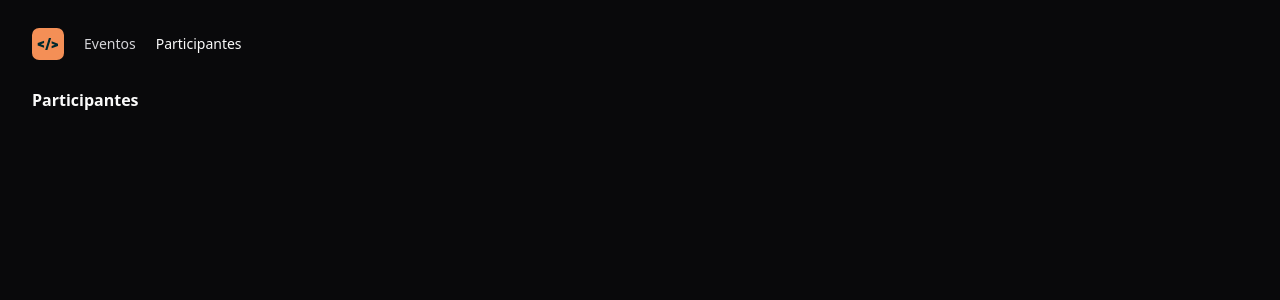
Repository: guilhermecardoso93/nlw-unite-react-2024
Page: /
An editor plug-in stored every save of this project. The page is shown before and after the next save, followed by the edit.
The browser window is 1280 px wide. The pictures show the whole page.
The project was rebuilt for these pictures with package versions that can differ from the ones it lists, and the page was loaded fresh each time. Also part of the build but not shown: vite.config.ts.

Above is the page before, as saved 2024-04-01 21:12:59.

After the next save:
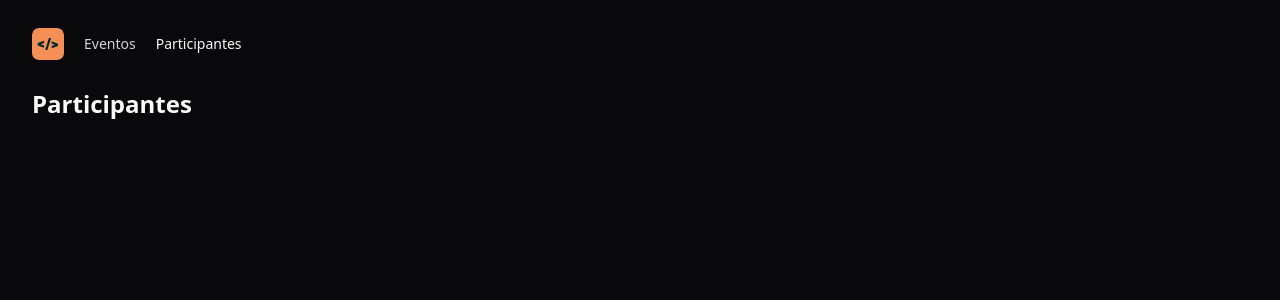
Saved 13 s later.
--- a/src/components/attendee-list.tsx
+++ b/src/components/attendee-list.tsx
@@ -1,7 +1,7 @@
 export function AttendeeList() {
   return (
     <div>
-      <h1 className="font-2xl font-bold">Participantes</h1>
+      <h1 className="text-2xl font-bold">Participantes</h1>
     </div>
   );
 }
